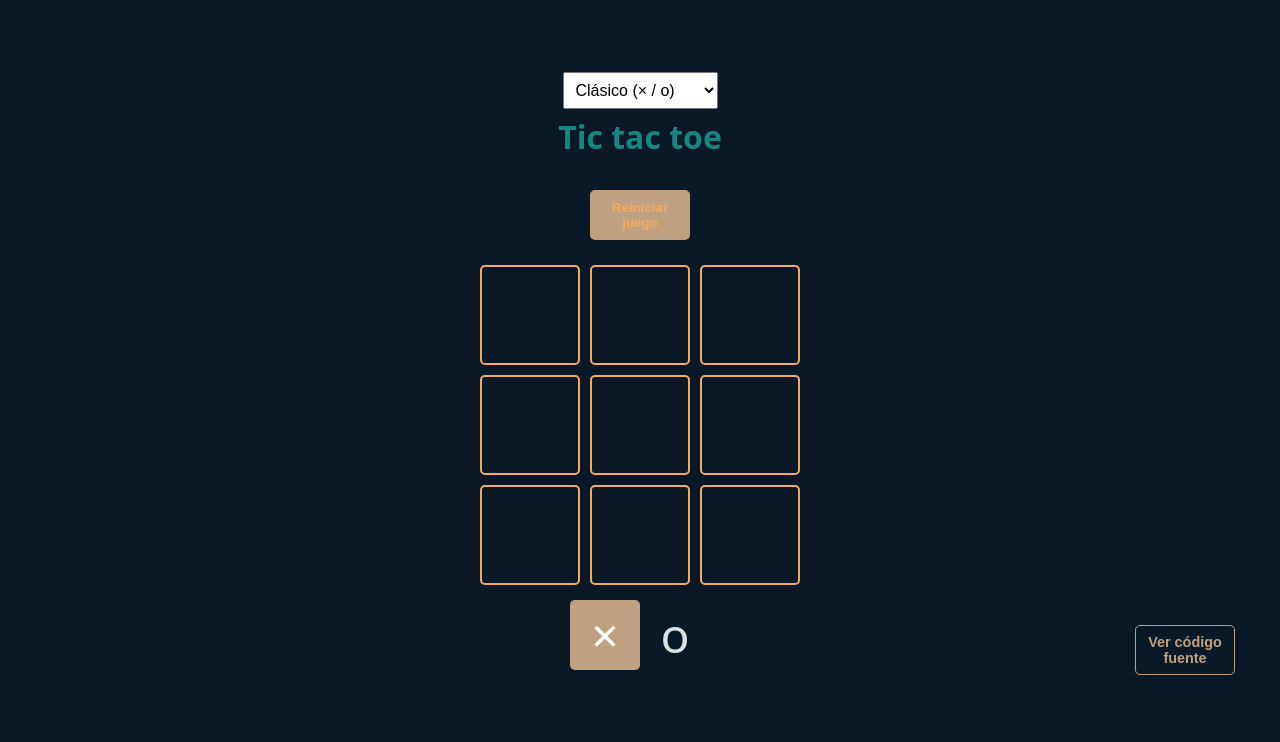
Repository: JoyMoGas/Simulacion
Page: / (app in 02-tic-tac-toe/)
The author's editor kept a copy of each file at every save. The page is drawn from the files as they stood at one save, then again after the next save.
The browser window is 1280 px wide. The pictures show the whole page.
The pointer rests on the first visible `.board button`.
The project was rebuilt for these pictures with package versions that can differ from the ones it lists, and the page was loaded fresh each time. Also part of the build but not shown: 02-tic-tac-toe/vite.config.js, 02-tic-tac-toe/src/components/WinnerModal.jsx.

Above is the page before, as saved 2025-04-29 21:00:47.

### 02-tic-tac-toe/index.html
<!doctype html>
<html lang="en">
  <head>
    <meta charset="UTF-8" />
    <meta name="viewport" content="width=device-width, initial-scale=1.0" />
    <title>Tic Tac Toe</title>
  </head>
  <body>
    <div id="root"></div>
    <script type="module" src="/src/main.jsx"></script>
  </body>
</html>

### 02-tic-tac-toe/src/index.css
:root {
  font-family: system-ui, -apple-system, BlinkMacSystemFont, 'Segoe UI', Roboto, Oxygen, Ubuntu, Cantarell, 'Open Sans', 'Helvetica Neue', sans-serif;
  font-size: 16px;
  line-height: 24px;
  font-weight: 400;

  color-scheme: light dark;
  color: rgba(255, 255, 255, 0.87);
  background-color: #0A1828;

  font-synthesis: none;
  text-rendering: optimizeLegibility;
  -webkit-font-smoothing: antialiased;
  -moz-osx-font-smoothing: grayscale;
  -webkit-text-size-adjust: 100%;
}

body {
  margin: 0;
  display: flex;
  justify-content: center;
  min-width: 320px;
  min-height: 100vh;
}

* {
  padding: 0;
  margin: 0;
  box-sizing: border-box;
}

.board {
  width: fit-content;
  margin: 40px auto;
  text-align: center;
}

.board h1 {
  color: #178582;
  margin-bottom: 16px;
}

.board button {
  padding: 8px 12px;
  margin: 25px;
  background: transparent;
  border: 2px solid #BFA181;
  color: #BFA181;
  width: 100px;
  border-radius: 5px;
  transition: 0.2s;
  font-weight: bold;
  cursor: pointer;
}

.board button:hover {
  background: #BFA181;
  color: #f4ab5e;
}

.board .game {
  display: grid;
  grid-template-columns: repeat(3, 1fr);
  gap: 10px;
}

.turn {
  display: flex;
  justify-content: center;
  margin: 15px auto;
  width: fit-content;
  position: relative;
  border-radius: 10px;
}

.turn .square,
.winner .square {
  width: 70px;
  height: 70px;
  pointer-events: none;
  border-color: transparent;
}

.square.is-selected {
  color: #fff;
  background: #BFA181;
}

.winner {
  position: absolute;
  width: 100vw;
  height: 100vh;
  top: 0;
  left: 0;
  display: grid;
  place-items: center;
  background-color: #0a1828b8;
}

.winner .text {
  background: #0a1828b8;
  height: 300px;
  width: 320px;
  border: 2px solid #f4ab5e;
  border-radius: 10px;
  display: flex;
  flex-direction: column;
  justify-content: center;
  align-items: center;
  gap: 20px;
}

.winner .win {
  margin: 0 auto;
  width: fit-content;
  border-radius: 10px;
  display: flex;
  gap: 15px;
}

.square {
  width: 100px;
  height: 100px;
  border: 2px solid #f4ab5e;
  border-radius: 5px;
  display: grid;
  place-items: center;
  cursor: pointer;
  font-size: 48px;
}

.floating-buttons {
  position: fixed;
  bottom: 20px;
  right: 20px;
  display: flex;
  flex-direction: column;
  gap: 10px;
  z-index: 999; /* para que estén por encima de todo */
}

.floating-buttons .btn-pj {
  background-color: #0A1828;
  color: #BFA181;
  border: 1px solid #BFA181;
  padding: 8px 12px;
  font-size: 0.9rem;
  border-radius: 5px;
  cursor: pointer;
  transition: background-color 0.2s;
}

.floating-buttons .btn-pj:hover {
  background-color: #bfa1815a;
  border-color: #f4ab5e;
}

### 02-tic-tac-toe/src/App.jsx
import { useState } from 'react'
import './App.css'

import confetti from 'canvas-confetti'
import { Square } from './components/Square'
import { checkWinnerFrom } from './logic/board.js'
import { WinnerModal } from './components/WinnerModal.jsx'
import { saveGameToStorage, resetGameStorage } from './logic/index.js'

function App() {
  const SYMBOL_SETS = {
    classic: { X: '×', O: 'o' },
    emoji: { X: '🐱', O: '🐶' },
    fruit: { X: '🍎', O: '🍌' }
  }

  const [symbolSet, setSymbolSet] = useState('classic')
  const TURNS = SYMBOL_SETS[symbolSet]

  const [board, setBoard] = useState(() => {
    const boardFromStorage = window.localStorage.getItem('board')
    try {
      const parsed = boardFromStorage ? JSON.parse(boardFromStorage) : Array(9).fill(null)
      return parsed.map(v => v === 'X' || v === 'O' ? v : null) // aseguramos consistencia
    } catch (e) {
      console.error('Error al parsear board del localStorage:', e)
      return Array(9).fill(null)
    }
  })

  const [turn, setTurn] = useState(() => {
    const turnFromStorage = window.localStorage.getItem('turn')
    return turnFromStorage === 'O' ? 'O' : 'X' // solo 'X' o 'O'
  })

  const [winner, setWinner] = useState(null)

  const resetGame = () => {
    setBoard(Array(9).fill(null))
    setTurn('X')
    setWinner(null)
    resetGameStorage()
  }

  const checkEndGame = (newBoard) => {
    return newBoard.every((square) => square != null)
  }

  const updateBoard = (index) => {
    if (board[index] || winner) return

    const newBoard = [...board]
    newBoard[index] = turn
    setBoard(newBoard)

    const newTurn = turn === 'X' ? 'O' : 'X'
    setTurn(newTurn)

    saveGameToStorage({
      board: newBoard,
      turn: newTurn
    })

    const newWinner = checkWinnerFrom(newBoard)
    if (newWinner) {
      confetti()
      setWinner(newWinner)
    } else if (checkEndGame(newBoard)) {
      setWinner(false)
    }
  }

  return (
    <main className='board'>
      <select
        value={symbolSet}
        onChange={(e) => setSymbolSet(e.target.value)}
        style={{ marginBottom: '1rem', padding: '0.5rem', fontSize: '1rem' }}
      >
        <option value="classic">Clásico (× / o)</option>
        <option value="emoji">Emojis (🐱 / 🐶)</option>
        <option value="fruit">Frutas (🍎 / 🍌)</option>
      </select>

      <h1>Tic tac toe</h1>
      <button onClick={resetGame}>Reiniciar juego</button>

      <section className='game'>
        {
          board.map((value, index) => {
            return (
              <Square
                key={index}
                index={index}
                updateBoard={updateBoard}
              >
                {value !== null ? TURNS[value] : null}
              </Square>
            )
          })
        }
      </section>

      <section className='turn'>
        <Square isSelected={turn === 'X'}>{TURNS.X}</Square>
        <Square isSelected={turn === 'O'}>{TURNS.O}</Square>
      </section>

      <section>
        <WinnerModal resetGame={resetGame} winner={winner ? TURNS[winner] : winner} />
      </section>

      <div className='floating-buttons'>
        <a href='https://github.com/JoyMoGas/Simulacion/tree/main/02-tic-tac-toe' target="_blank" rel="noopener noreferrer">
          <button className='btn-pj'>
            <p>Ver código fuente</p>
          </button>
        </a>
      </div>
    </main>

  )
}

export default App

### 02-tic-tac-toe/src/components/Square.jsx
export const Square = ({ children, isSelected, updateBoard, index }) => {
  const className = `square ${isSelected ? 'is-selected' : ''}`

  const handleClick = () => {
    updateBoard(index)  // Se pasa el índice correcto
  }

  return (
    <div onClick={handleClick} className={className}>
      {children}
    </div>
  )
}

### 02-tic-tac-toe/src/logic/board.js
import { WINNER_COMBOS } from "../constants"

export const checkWinnerFrom = (boardToCheck) => {
  for (const combo of WINNER_COMBOS) {
    const [a, b, c] = combo
    if (
      boardToCheck[a] && boardToCheck[a] === boardToCheck[b] && boardToCheck[a] === boardToCheck[c]
    ) {
      return boardToCheck[a]
    }
  }
  return null
}

### 02-tic-tac-toe/src/logic/index.js
export const saveGameToStorage = ({ board, turn}) => {
  window.localStorage.setItem('board', JSON.stringify(board))
  window.localStorage.setItem('turn', turn)
}

export const resetGameStorage = () => {
  window.localStorage.removeItem('board')
  window.localStorage.removeItem('turn')
}

### 02-tic-tac-toe/src/constants.js
export const TURNS = {
  X: '×',
  O: 'o'
}

export const WINNER_COMBOS = [
  [0, 1, 2],
  [3, 4, 5],
  [6, 7, 8],
  [0, 3, 4],
  [1, 4, 7],
  [2, 5, 8],
  [0, 4, 8],
  [2, 4, 6],
  [0, 3, 6]
]

Loaded but not shown: 02-tic-tac-toe/src/main.jsx (common file); 02-tic-tac-toe/src/App.css (common file)

After the next save:
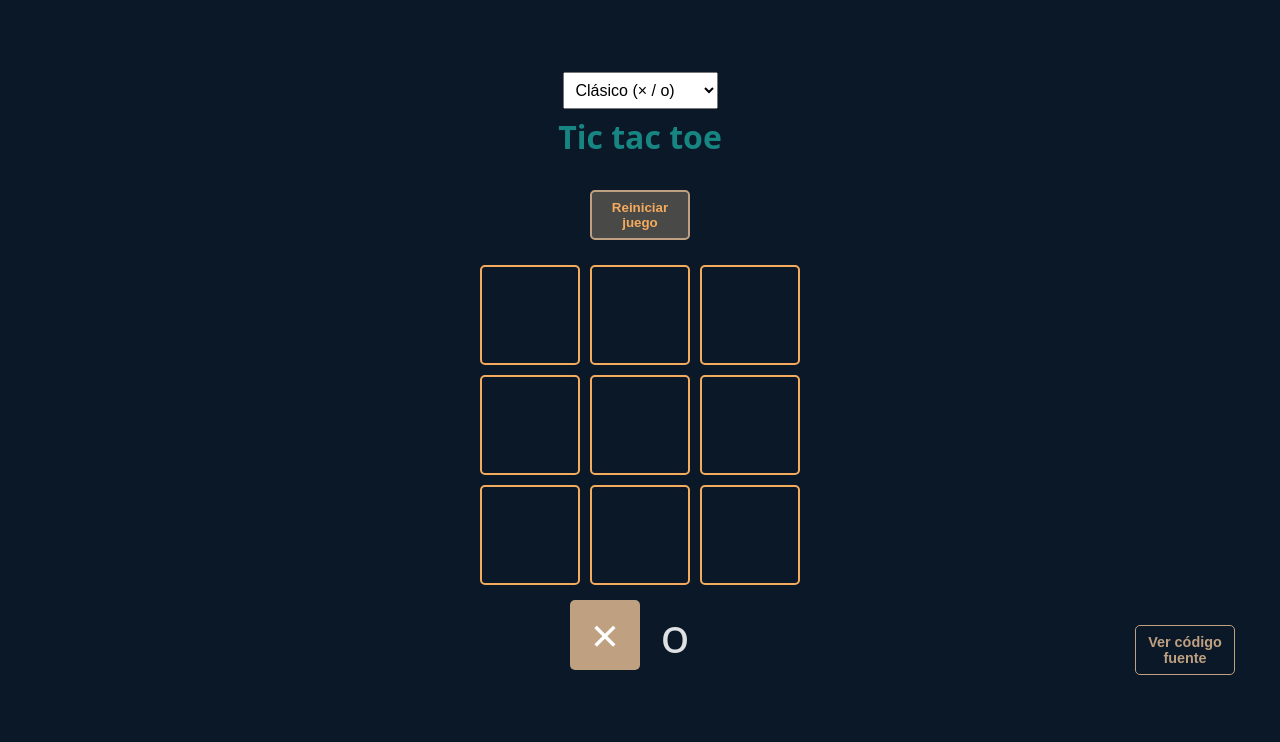
Saved 24 s later.
--- a/02-tic-tac-toe/src/index.css
+++ b/02-tic-tac-toe/src/index.css
@@ -54,7 +54,7 @@ body {
 }
 
 .board button:hover {
-  background: #BFA181;
+  background: #bfa1815a;
   color: #f4ab5e;
 }
 
